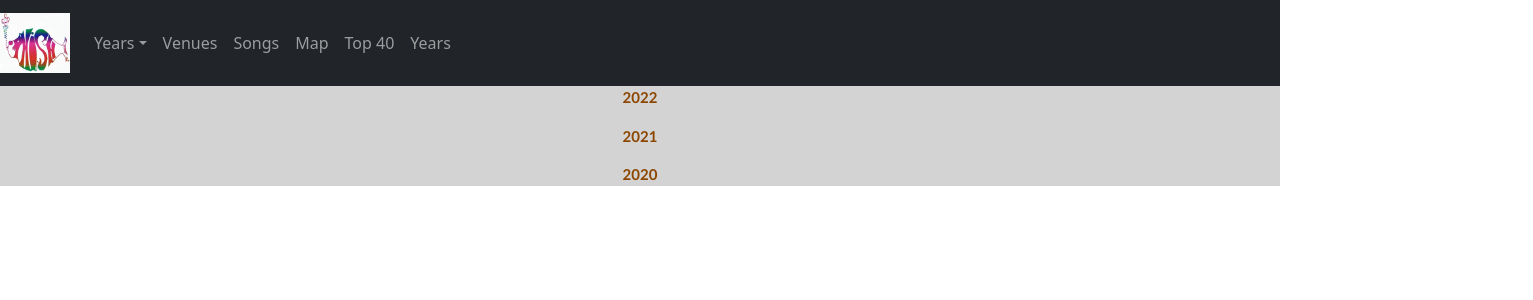
Repository: Jcparks84/gonePhishin
Page: / (app in my-app/)
The author's editor kept a copy of each file at every save. The page is drawn from the files as they stood at one save, then again after a run of saves.
The browser window is 1280 px wide. The page is 1280 px wide, then 1533 px, so the pictures cover 1533 px, including what lies to the right of the window. The pictures show the whole page.
The page's requests for data from a server got no answer. The project was rebuilt for these pictures with package versions that can differ from the ones it lists, and the page was loaded fresh each time. No one was signed in, and anything a server would have sent is missing. Also part of the build but not shown: my-app/src/components/audioPlayer/audioPlayer.js.

Above is the page before, as saved 2022-08-16 18:30:45.

After the next 2 saves:
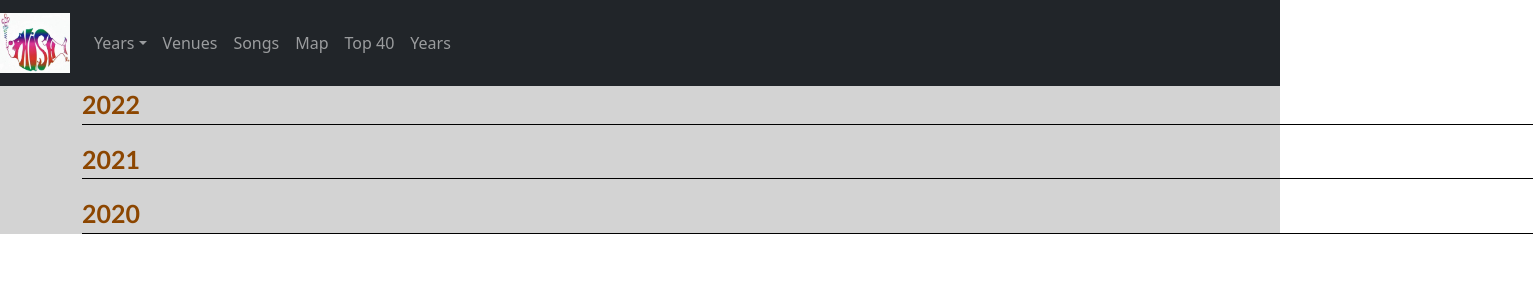
The 2 saves are shown as one change because they came seconds apart.
The last was saved 12 s later.
--- a/my-app/src/pages/yearPage/yearPage.css
+++ b/my-app/src/pages/yearPage/yearPage.css
@@ -6,7 +6,7 @@
     font-size: 15px;}
 
 
-li {
+p {
     text-align: left;
     font-size: 25px;
     border-bottom:solid black 1px;
